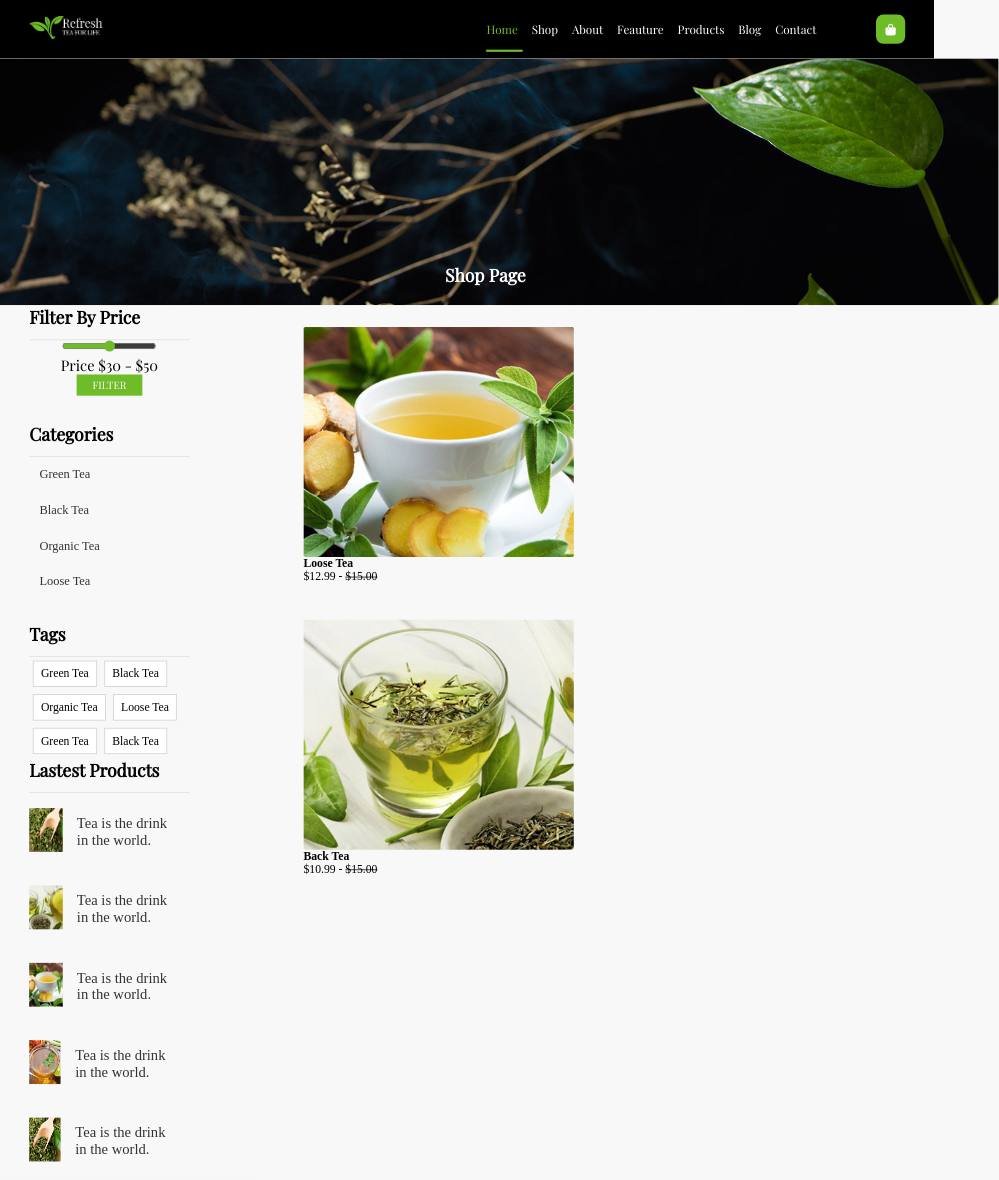
Repository: 52hzwhaleblue/school_teashop
Page: shop.html
An editor plug-in stored every save of this project. The page is shown before and after the next save, followed by the edit.
The browser window is 1280 px wide. The page is 1368 px wide, so the pictures cover 1368 px, including what lies to the right of the window. The pictures show the whole page, at 73% of full size.
Some web libraries are served in a nearby version.

Above is the page before, as saved 2022-05-06 14:29:46.

### shop.html
<!DOCTYPE html>
<html lang="en">

<head>
    <meta charset="UTF-8">
    <meta http-equiv="X-UA-Compatible" content="IE=edge">
    <meta name="viewport" content="width=device-width, initial-scale=1.0">

    <!-- Style CSS -->
    <link rel="stylesheet" href="./style.css" stylesheet="text/style.css" />

    <!-- googel fonts -->
    <link rel="preconnect" href="https://fonts.googleapis.com" />
    <link rel="preconnect" href="https://fonts.gstatic.com" crossorigin />
    <link href="https://fonts.googleapis.com/css2?family=Playfair+Display&display=swap" rel="stylesheet" />

    <!-- cdn -->
    <link rel="stylesheet" href="https://cdnjs.cloudflare.com/ajax/libs/font-awesome/6.1.1/css/all.min.css" integrity="sha512-KfkfwYDsLkIlwQp6LFnl8zNdLGxu9YAA1QvwINks4PhcElQSvqcyVLLD9aMhXd13uQjoXtEKNosOWaZqXgel0g==" crossorigin="anonymous" referrerpolicy="no-referrer"
    />

    <!-- App.js -->
    <script src="./app.js">
    </script>

    <title>Shop</title>
</head>

<body>
    <!-- header -->
    <div class="header-wrapper">
        <div class="center">
            <div class="row">
                <div class="logo">
                    <img src="./images/logo.png" alt="" />
                </div>

                <div class="menu">
                    <ul>
                        <li class="active"><a href="#">Home</a></li>
                        <li><a href="#">Shop</a></li>
                        <li><a href="#">About</a></li>
                        <li><a href="#">Feauture</a></li>
                        <li><a href="#">Products</a></li>
                        <li><a href="#">Blog</a></li>
                        <li><a href="#">Contact</a></li>
                    </ul>
                </div>

                <div class="cart">
                    <i class="fa-solid fa-bag-shopping"></i>
                </div>
            </div>
        </div>
    </div>

    <!-- silder -->
    <div class="slider-wrapper">
        <div class="slider-img">
            <img src="./images/shop-slide.jpg" alt="" />

            <div class="center">
                <div class="shop-slide-content">
                    <h2 class="heading">Shop Page</h2>
                </div>
            </div>
        </div>
    </div>


    <div class="shop-page-wrapper">
        <div class="center1">
            <div class="box-shop-page">
                <!-- filter by price -->
                <div class="price-filter-wrapper">
                    <div class="box-price-filter">
                        <h4>filter by price</h4>
                        <div class="price-range-bar">
                            <form class="multi-range-field my-5 pb-5">
                                <input id="multi3" class="multi-range" type="range" />
                            </form>

                            <div class="price-range">
                                <span>Price</span>
                                <span> $30 </span> -
                                <span> $50 </span>
                            </div>

                            <div class="filter-btn">
                                <p>filter</p>
                            </div>
                        </div>
                    </div>
                    <div class="catory-wrapper">
                        <div class="box-catory">
                            <h2>Categories</h2>
                        </div>
                        <div class="category">
                            <ul>
                               <li><a href="" class="btn1">Green Tea</a></li>
                               <li><a href="" class="btn1">Black Tea</a></li>
                               <li><a href="" class="btn1">Organic Tea</a></li>
                               <li><a href="" class="btn1">Loose Tea</a></li>
                            </ul>
                        </div>
                        <div class="box-catory">
                            <h2>Tags</h2>
                        </div>
                        <div class="category1">
                           <ul clas="list">
                               <li><a href="" class="btn">Green Tea</a></li>
                               <li><a href="" class="btn">Black Tea</a></li>
                               <li><a href="" class="btn">Organic Tea</a></li>
                               <li><a href="" class="btn">Loose Tea</a></li>
                               <li><a href="" class="btn">Green Tea</a></li>
                               <li><a href="" class="btn">Black Tea</a></li>
                           </ul>
                        </div>
                        <div class="box-catory">
                            <h2>Lastest Products</h2>
                        </div>
                        <div class="last-product">
                            <div class="row">
                                <div class="col-2">
                                    <img src="images/product-1.jpg">
                                </div>
                                <div class="col-2">
                                    <a href="" class="btn2">Tea is the drink in  the world. </a>
                                </div>
                            </div>
                      </div>
                      <div class="last-product">
                        <div class="row">
                            <div class="col-2">
                                <img src="images/product-2.jpg">
                            </div>
                            <div class="col-2">
                                <a href="" class="btn2">Tea is the drink in  the world.</a>
                            </div>
                        </div>
                       </div>
                       <div class="last-product">
                        <div class="row">
                            <div class="col-2">
                                <img src="images/product-3.jpg">
                            </div>
                            <div class="col-2">
                                <a href="" class="btn2">Tea is the drink in  the world.</a>
                            </div>
                        </div>
                       </div>
                         <div class="last-product">
                          <div class="row">
                          <div class="col-2">
                             <img src="images/product-4.jpg">
                            </div>
                            <div class="col-2">
                             <a href="" class="btn2">Tea is the drink in  the world.</a>
                            </div>
                        </div>
                       </div>

                    <div class="last-product">
                        <div class="row">
                            <div class="col-2">
                                <img src="images/product-5.jpg">
                            </div>
                            <div class="col-2">
                                <a href="" class="btn2">Tea is the drink in  the world.</a>
                            </div>
                        </div>
                       </div>
                   </div>
               </div>
                <!-- shop-product -->
                <div class="shop-product-wrapper">
                    <div class="shop">
                        <img src="images/product-8.jpg">
                        <h4>Loose Tea</h4>
                        <p>$12.99 - <del>$15.00</del></p>
                        <p></p>
                    </div>

                    <div class="shop">
                        <img src="images/product-9.jpg">
                        <h4>Back Tea</h4>
                        <p>$10.99 - <del>$15.00</del></p>
                    </div>
                </div>
            </div>
        </div>
    </div>

</body>

</html>

### style.css
* {
    padding: 0;
    margin: 0;
}

body {
    background-color: #f8f8f8;
}


/* header */

.header-wrapper {
    margin: 0 auto;
    background-color: #000000;
    position: sticky;
    top: 0;
    z-index: 1;
}

.center {
    width: 1200px;
    margin: 0 auto;
}

.header-wrapper .row {
    display: flex;
    justify-content: space-between;
    align-items: center;
    padding: 20px 0;
}


/* logo */

.logo {
    width: 50.0450045005%;
}

.logo img {
    width: 100px;
}


/* menu */

.menu {
    width: 42.304230423%;
}

.menu ul li.active a {
    color: #6fbc29;
}

.menu ul li {
    display: inline-block;
    padding-right: 15px;
    position: relative;
}

.menu ul li:after {
    content: " ";
    width: 50px;
    border-bottom: 3px #6fbc29 solid;
    /* background-color: #6fbc29; */
    left: 0;
    bottom: -20px;
    position: absolute;
}

.menu ul li:not(.active):after {
    content: " ";
    width: 50px;
    border-bottom: 3px #6fbc29 solid;
    left: 0;
    bottom: -30px;
    position: absolute;
    opacity: 0;
    transition: 0.5s;
}

.menu ul li:hover:after {
    bottom: -20px;
    opacity: 1;
}

.menu ul li:hover a {
    color: #6fbc29;
}

.menu ul li a {
    text-decoration: none;
    color: #fff;
    font-family: "Playfair Display", serif;
}


/* cart */

.cart {
    width: 40px;
    height: 40px;
    border-radius: 25%;
    background-color: #6fbc29;
    display: flex;
    justify-content: center;
    align-items: center;
}

.cart i {
    color: #fff;
}


/* silder */

.slider-wrapper {
    width: 1368px;
    margin: 0 auto;
    overflow: hidden;
}

.slider-img {
    display: flex;

}

.slider-img img {
    max-width: 1368px;
}
.slider-img input{
    display: none;
}


.slider-wrapper .home-slide-content {
    width: 446px;
    position: absolute;
    top: 20%;
    left: calc((100% - 1200px) / 2);
}

.slider-wrapper .shop-slide-content {
    width: 446px;
    position: absolute;
    top: 50%;
    left: calc(100% /2.1);
}

.home-slide-content .heading {
    text-transform: uppercase;
    font-family: "Playfair Display";
    font-size: 16px;
    color: #fff;
}

.shop-slide-content .heading {
    text-transform: capitalize;
    font-family: "Playfair Display";
    /* font-size: 50px; */
    color: #fff;
}


.home-slide-content .subHeading {
    text-transform: capitalize;
    font-family: "Playfair Display";
    font-size: 50px;
    padding: 26px 0 50px 0;
    color: #fff;
}

.home-slide-content .subHeading span {
    color: #6fbc29;
    text-transform: capitalize;
    font-size: 50px;
}

.home-slide-content .slider-btn {
    width: 130px;
    /* height: 35px; */
    background-color: #6fbc29;
    display: flex;
    justify-content: center;
    align-items: center;
}

.slider-btn a {
    font-family: "Playfair Display";
    font-size: 14px;
    text-transform: uppercase;
    color: #fff;
    text-decoration: none;
    padding: 10px 0;
}


/* new product */

.product-wrapper {
    width: 1368px;
    margin: 0 auto;
    padding: 57px 0;
}

.title-main {
    padding-bottom: 52px;
}

.title-main h1 {
    font-family: "Playfair Display";
    font-size: 35px;
    text-transform: capitalize;
    color: #212529;
    text-align: center;
}

.title-main .icon {
    text-align: center;
    padding: 23px 0 18px 0;
}

.heading-icon .icon img {
    width: 100px;
}

.title-main .subTitle {
    width: 540px;
    margin: 0 auto;
}

.title-main .subTitle p {
    font-family: "Playfair Display";
    font-size: 14px;
    color: #212529;
    text-align: center;
}


/* product items */

.product-items {
    display: flex;
    flex-wrap: wrap;
    justify-content: space-between;
}

.product-items .item {
    /* width: calc(100% / 4); */
}

.product-items .item .img {
    position: relative;
}

.modal {
    position: absolute;
    width: 100%;
    height: 100%;
    bottom: 0;
    opacity: 0;
    background-color: #6fbc29;
    transition: 0.7s;
}

.modal-content h4 {
    font-family: "Playfair Display", serif;
    color: #fff;
    text-align: center;
    text-transform: capitalize;
}

.modal-content {
    padding: 48px;
}

.modal-content p {
    font-size: 14px;
    font-family: "Playfair Display", serif;
    color: #fff;
    text-align: center;
    padding: 20px 0;
}

.readmore-btn {
    width: 130px;
    background-color: #fff;
    border: 1px #fff solid;
    padding: 5px 0;
    margin: 0 auto;
    text-align: center;
}

.readmore-btn a {
    text-decoration: none;
    color: #6fbc29;
    font-size: 14px;
    font-family: "Playfair Display", serif;
    text-transform: uppercase;
}

.readmore-btn:hover {
    background-color: transparent;
}

.readmore-btn:hover a {
    text-decoration: none;
    color: #fff;
    font-size: 14px;
    font-family: "Playfair Display", serif;
    text-transform: uppercase;
}

.product-items .img:hover .modal {
    top: 0;
    opacity: 0.8;
}

.product-btn {
    display: flex;
    justify-content: center;
}

.btn-left,
.btn-right {
    border-radius: 50%;
    width: 30px;
    height: 30px;
    background-color: #6fbc29;
    margin: 0 10px;
    display: flex;
    align-items: center;
    justify-content: center;
    color: #fff;
    margin-top: 35px;
}

.btn-left:hover,
.btn-right:hover {
    border-radius: 50%;
    width: 30px;
    height: 30px;
    background-color: #fff;
    margin: 0 10px;
    display: flex;
    align-items: center;
    justify-content: center;
    color: #6fbc29;
    margin-top: 35px;
}


/* information */

.information {
    width: 1368px;
    margin: 0 auto;
    background-color: #f8f8f8;
    display: flex;
    justify-content: space-between;
}

.info-img img {
    max-width: 730px;
}

.info-content {
    width: 37.6461988304%;
    padding: 85px 0 125px 30px;
}

.info-content h2 {
    font-size: 35px;
    font-family: "Playfair Display", serif;
}

.info-content p {
    font-size: 14px;
    font-family: "Playfair Display", serif;
    margin: 10px 0;
}

.information .readmore-info-btn {
    width: 130px;
    background-color: #6fbc29;
    padding: 5px 0;
    text-align: center;
}

.information .readmore-info-btn a {
    text-decoration: none;
    color: #fff;
    font-size: 14px;
    font-family: "Playfair Display", serif;
    text-transform: uppercase;
}

.information .readmore-info-btn:hover {
    background-color: #fff;
}

.information .readmore-info-btn:hover a {
    text-decoration: none;
    color: #6fbc29;
    font-size: 14px;
    font-family: "Playfair Display", serif;
    text-transform: uppercase;
}

.criteria-wrapper {
    width: 100%;
    height: 368px;
}

.criteria-items {
    max-width: 1368px;
    display: flex;
    justify-content: center;
}

.criteria-items .item {
    padding: 0 10px;
    box-sizing: border-box;
}


/* featured product */
.center1 {
    width: 1200px;
    margin: 0 auto;
    display:  flex;
    flex-wrap: wrap;
}

.featured-product-wrapper {}

.featured-product-items {
    display: flex;
    justify-content: space-between;
    flex-wrap: wrap;
    margin-bottom: 50px;
}

.featured-product-items .item {
    width: calc(100% / 3);
}

.featured-product-items .item .img {
    position: relative;
}

.featured-product-items .img .modal {
    border-radius: 50%;
}

.featured-product-items .img:hover .modal {
    top: 0;
    opacity: 0.8;
    width: 92.5%;
}

.featured-product-items .item .title {
    text-align: center;
    font-family: "Playfair Display";
    font-weight: 600;
    font-size: 20px;
}

.featured-product-items .item .description {
    text-align: center;
    font-family: "Playfair Display";
    font-size: 14px;
}

.featured-product-items .item img {
    border-radius: 50%;
}


/* Information Wrapper */

.info-wrapper {
    position: relative;
}

.info-wrapper img {
    height: 435px;
    width: 100%;
}

.info-heading {
    top: 0;
    width: 490px;
    margin: 55px 0;
    position: absolute;
}

.info-heading .title {
    font-family: "Playfair Display";
    font-size: 35px;
    font-weight: 600;
}

.info-heading .subTitle {
    font-family: "Playfair Display";
    font-size: 14px;
    margin: 25px 0 50px 0;
}

.readmore-info-btn {
    width: 130px;
    background-color: #6fbc29;
    border: 1px #fff solid;
    padding: 5px 0;
    /* margin: 0 auto; */
    text-align: center;
}

.readmore-info-btn a {
    text-decoration: none;
    color: #fff;
    font-size: 14px;
    font-family: "Playfair Display", serif;
    text-transform: uppercase;
}

.readmore-info-btn:hover {
    background-color: #fff;
}

.readmore-info-btn:hover a {
    text-decoration: none;
    color: #6fbc29;
    font-size: 14px;
    font-family: "Playfair Display", serif;
    text-transform: uppercase;
}


/* video */

.video-wrapper {
    position: relative;
    display: flex;
    justify-content: center;
}

.bg-overlay {
    position: relative;
    z-index: 1;
}

.bg-overlay:after {
    background: #000 none repeat scroll 0 0;
    content: "";
    height: 100%;
    left: 0;
    opacity: 0.8;
    position: absolute;
    top: 0;
    width: 100%;
}

.video-wrapper .center {
    width: 1200px;
    margin: 0 auto;
    display: flex;
    justify-content: center;
}

.video-wrapper img {
    width: 100%;
}

.video-wrapper .title-main {
    top: 0;
    position: absolute;
    z-index: 2;
    margin-top: 55px;
}

.video-wrapper .title-main .title {
    color: #fff;
}

.video-wrapper .title-main .icon img {
    width: 200px;
}

.video-wrapper .title-main .subTitle p {
    color: #fff;
}

.box-video {
    /* width: 890px;
    height: 442px; */
    bottom: 25%;
    z-index: 1;
    position: absolute;
}


/* Shop Page */

.box-shop-page {
    display: flex;
    justify-content: space-between;
}

.price-filter-wrapper {
    width: 28.3333333333%;
}

.box-price-filter h4 {
    font-family: "Playfair Display", serif;
    font-size: 24px;
    text-transform: capitalize;
    border-bottom: 1px #dedede solid;
    padding-bottom: 15px;
}



/* Price Range Input */

#multi3 {
    accent-color: #6FBC29;
}

.price-range-bar {
    text-align: center;
}

.price-range {
    font-family: "Playfair Display", serif;
    font-size: 20px;
}

.filter-btn {
    width: 90px;
    height: 35px;
    margin: 0 auto;
}

.filter-btn:hover {
    width: 90px;
    height: 35px;
    margin: 0 auto;
}

.filter-btn p {
    font-family: "Playfair Display", serif;
    font-size: 14px;
    color: #fff;
    text-transform: uppercase;
    background-color: #6fbc29;
    padding: 5px 20px;
}

.filter-btn p:hover {
    font-family: "Playfair Display", serif;
    font-size: 14px;
    color: #6fbc29;
    text-transform: uppercase;
    background-color: #fff;
    padding: 5px 20px;
    border: 1px #6fbc29 solid;
}
.box-catory h2{
    font-family: "Playfair Display", serif;
    font-size: 24px;
    text-transform: capitalize;
    border-bottom: 1px #dedede solid;
    padding-bottom: 15px;
    padding-top: 30px;
}
.category ul li a {
    text-decoration: none;
    color:#333333;
    font-size: 17px;
    transition: 0.3s;
    border-bottom: 1px solid transparent;
    padding: 5px 0;
    display: block;
    padding: 14px;

}
ul{
    list-style-type: none;
}
.btn1:hover{
   color: #6fbc29;
   border-bottom: 1px solid #6fbc29;
}
.btn{
    display: inline-block;
    background: #fff;
    color: #000000;
    padding: 8px 10px;
    margin: 5px 5px;
    border: 1px solid #cccccc;
}

.btn:hover {
    background: #6fbc29;
    color: #fff;
}
.category1 ul li a{
    text-decoration: none;
    float: left;
}
.row {
    display: flex;
    align-items: center;
}

.col-2 img {
    width: 130%;
    height: 60px;
    padding: 10px 0;
    margin: 30px 20;
}
.btn2{
    color:#333333;
    padding: 30px;
    text-decoration: none;
    font-size: 20px;
    display: inline-block;
}
.btn2:hover{
    color:#6fbc29;
}
.shop-product-wrapper{
    /* display: inline; */
    align-items: top;
   /*  flex-wrap: wrap; */
    justify-content: space-around;
    padding: 20px;
    margin: 10px;
}
.shop {
    flex-basis: 25%;
    min-width: 200px;
    margin-bottom: 50px;
}
.shop img{
    width: 100%;
    height: auto;
    display: block;
    margin: auto;
}
/* ----Product---- */

### app.js
/* $('#multi3').mdbRange({
    width: '100%',
    single: {
        active: true,
        multi: {
            active: true,
            rangeLength: 2
        },
    }
}); */

After the next save:
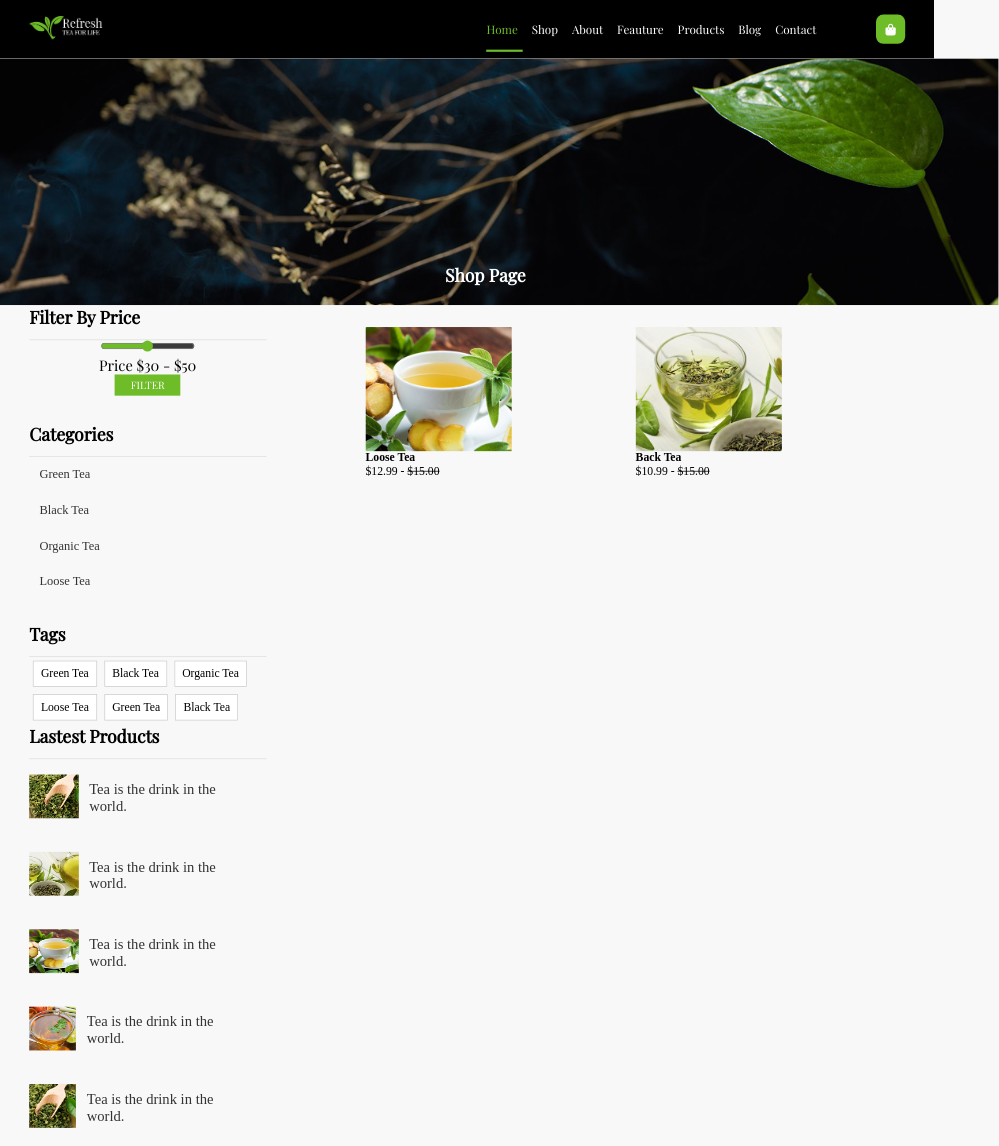
Saved 3 min 9 s later.
--- a/style.css
+++ b/style.css
@@ -731,7 +731,7 @@ ul{
     color:#6fbc29;
 }
 .shop-product-wrapper{
-    /* display: inline; */
+    display: flex;
     align-items: top;
    /*  flex-wrap: wrap; */
     justify-content: space-around;
